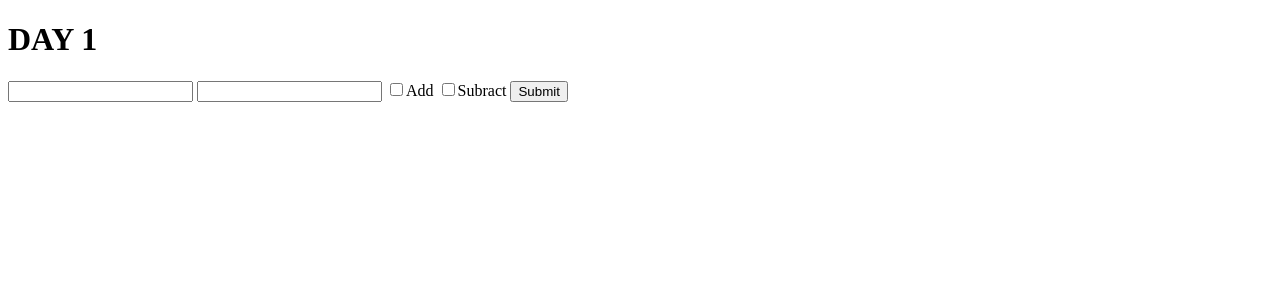
Repository: Padminivittal/Padmini-MWB
Page: MWB Day1/WebContent/Lab1.html
These files come from the project's save history. The page is drawn as it stood at one moment and after the next save; the edit follows.
The browser window is 1280 px wide. The pictures show the whole page.

Above is the page before, as saved 2012-07-20 06:15:22.
Console error: SyntaxError: Unexpected token '}'

### MWB Day1/WebContent/Lab1.html
<!DOCTYPE HTML>
<html>
<head>
<script>
var  functionarray =[];
function add()
{
	var total = 0;
	for(var i=0;i<arguments.length;i++){
		total += arguments[i];
	}
	alert(total);
	return total;
}
function subract()
{
	var total = 0;
	total = arguments[0];
	for(var i=1;i<=arguments.length;i++){

		total -= arguments[i];
	}
	alert(total);
	return total;
}
function addOperations()
{
	var add =document.getElementById("add");
	var sub =document.getElementById("subract");
	alert(functionarray);
	if(add.checked)
		functionarray.push(subract)	;
	else
		functionarray.pop(subract)	;

	if(sub.checked)
		functionarray.push(add)	;
	else
		functionarray.pop(add)	;
	}
}
function calculate()
{
	for(var i=0;i<=functionarray.length;i++)
	{
		doOperation(functionarray[i]);
	};

}
function doOperation(operation)
{
	operation();
	};
</script>
<title>MWB DAY 1</title>
</head>
<body>
<h1>DAY 1</h1>
<input type="number" id="number1"/>
<input type="number" id="number2"/>
<input type="checkbox" id="add" onchange="addOperations()">Add</input>
<input type="checkbox" id="subract" onchange="addOperations()">Subract</input>
<input type="submit"id="calculate"  onclick="calculate()"   /></input>
</body>
</html>

After the next save:
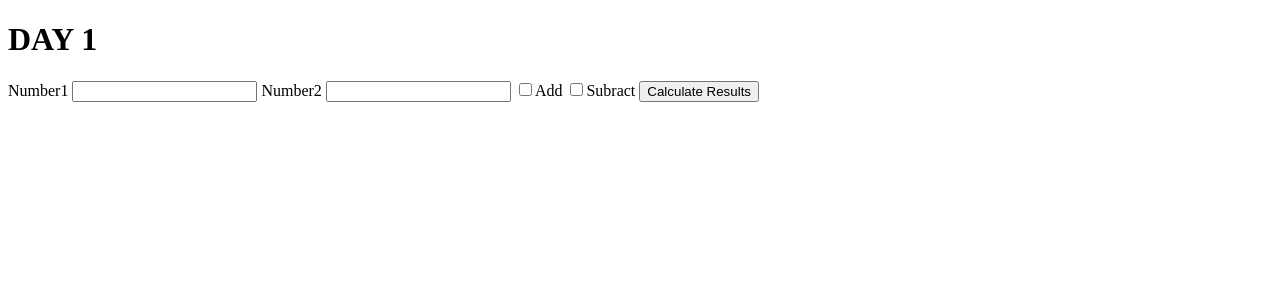
Saved 3 min 10 s later.
--- a/MWB Day1/WebContent/Lab1.html
+++ b/MWB Day1/WebContent/Lab1.html
@@ -56,10 +56,12 @@ function doOperation(operation)
 </head>
 <body>
 <h1>DAY 1</h1>
+<label for="number1" >Number1 </label>
 <input type="number" id="number1"/>
+<label for="number2" >Number2 </label>
 <input type="number" id="number2"/>
 <input type="checkbox" id="add" onchange="addOperations()">Add</input>
 <input type="checkbox" id="subract" onchange="addOperations()">Subract</input>
-<input type="submit"id="calculate"  onclick="calculate()"   /></input>
+<input type="submit"id="calculate"  onclick="calculate()" value="Calculate Results" /></input>
 </body>
 </html>
